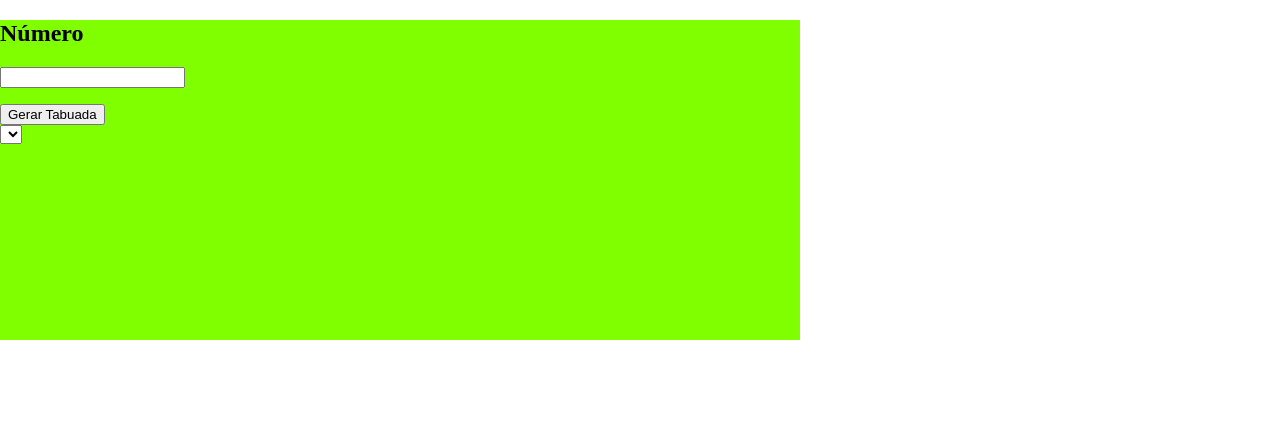
Repository: Ramonuriel/JS-Projetos
Page: Tabuada/tabuada.html
The author's editor kept a copy of each file at every save. The page is drawn from the files as they stood at one save, then again after a run of saves.
The browser window is 1280 px wide. The pictures show the whole page.

Above is the page before, as saved 2023-01-04 15:13:46.

### Tabuada/tabuada.html
<!DOCTYPE html>
<html lang="pt-Br">

<head>
  <meta charset="UTF-8">
  <meta http-equiv="X-UA-Compatible" content="IE=edge">
  <meta name="viewport" content="width=device-width, initial-scale=1.0">
  <link rel="stylesheet" href="style.css">
  <title>Tabuada</title>
</head>

<body>
  <section class="corpo">
    <p>
    <h2>Número</h2>
    <input type="number" name="" id="entrada">
    </p>
    <input type="button" value="Gerar Tabuada">

    <div class="resultado">
      <select name="" id="saida"></select>
    </div>

  </section>

</body>

</html>

### Tabuada/style.css
body {
  margin: 0;
  padding: 0;
}

.corpo {
  width: 50rem;
  max-width: 80rem;
  height: 20rem;
  max-height: 40rem;
  background-color: chartreuse;
}

After the next 3 saves:
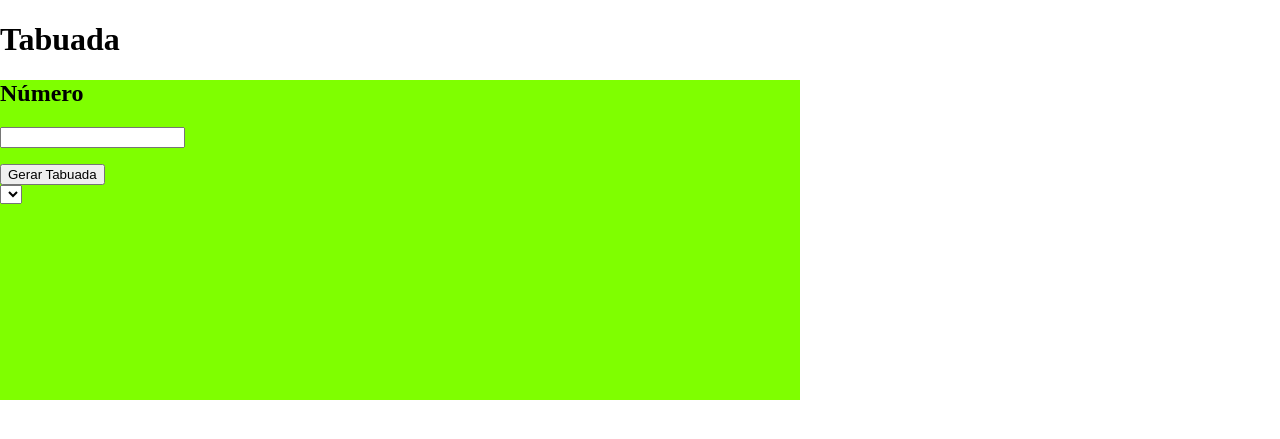
The 3 saves are shown as one change because they came seconds apart.
The last was saved 13 s later.
--- a/Tabuada/tabuada.html
+++ b/Tabuada/tabuada.html
@@ -10,6 +10,8 @@
 </head>
 
 <body>
+
+  <h1>Tabuada</h1>
   <section class="corpo">
     <p>
     <h2>Número</h2>
